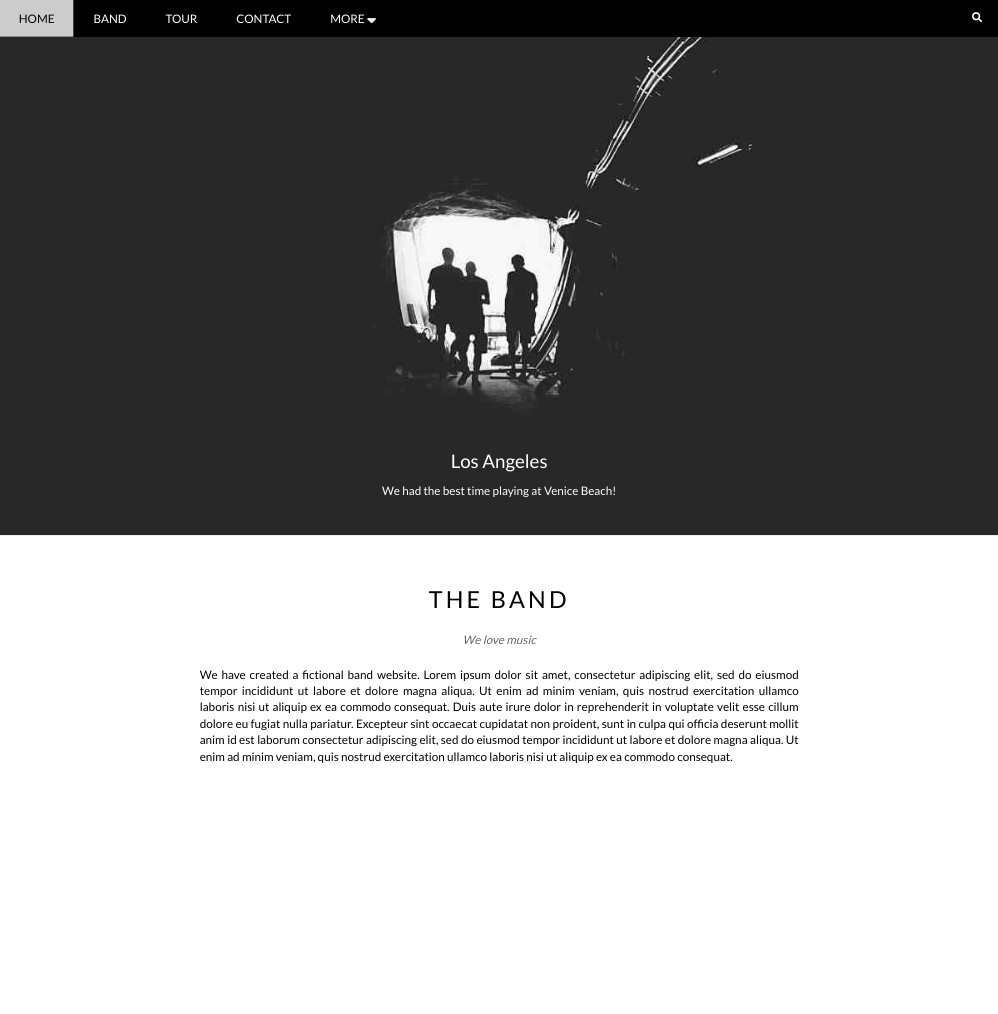
Repository: nguyenthaicong265/w3-band
Page: index.html
The author's editor kept a copy of each file at every save. The page is drawn from the files as they stood at one save, then again after the next save.
The browser window is 1280 px wide. The pictures show the whole page, at 78% of full size.

Above is the page before, as saved 2021-12-28 16:58:03.

After the next save:
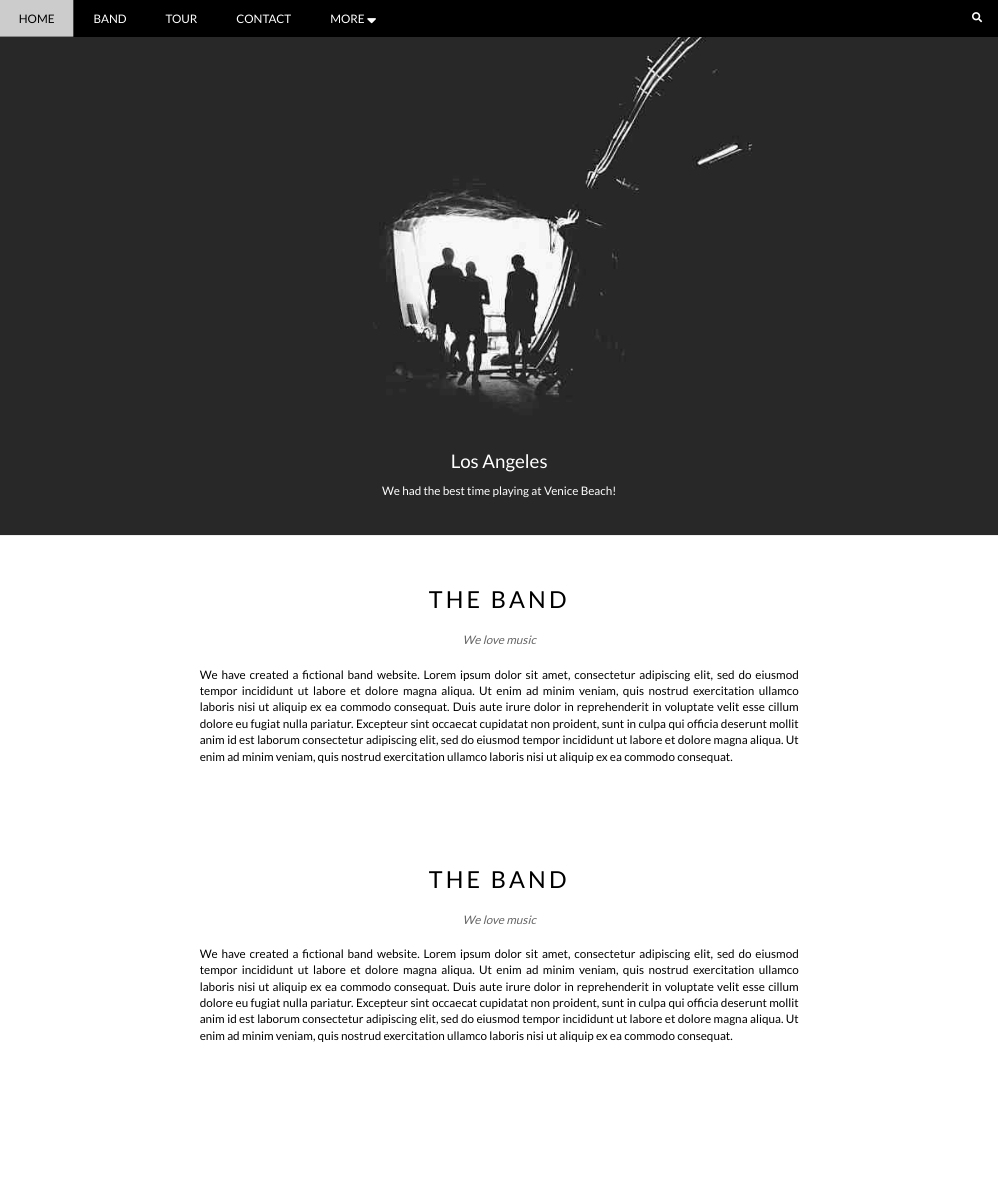
Saved 89 s later.
--- a/index.html
+++ b/index.html
@@ -54,11 +54,17 @@
                 </p>
                 <p class="about-text">We have created a fictional band website. Lorem ipsum dolor sit amet, consectetur adipiscing elit, sed do eiusmod tempor incididunt ut labore et dolore magna aliqua. Ut enim ad minim veniam, quis nostrud exercitation ullamco laboris nisi ut aliquip ex ea commodo consequat. Duis aute irure dolor in reprehenderit in voluptate velit esse cillum dolore eu fugiat nulla pariatur. Excepteur sint occaecat cupidatat non proident, sunt in culpa qui officia deserunt mollit anim id est laborum consectetur adipiscing elit, sed do eiusmod tempor incididunt ut labore et dolore magna aliqua. Ut enim ad minim veniam, quis nostrud exercitation ullamco laboris nisi ut aliquip ex ea commodo consequat.
                 </p>
-
             </div>
 
             <div class="content-section">
-
+                <h2 class="section-heading">
+                    THE BAND
+                    </h2>
+                    <p class="section-sub-heading">
+                    We love music
+                    </p>
+                    <p class="about-text">We have created a fictional band website. Lorem ipsum dolor sit amet, consectetur adipiscing elit, sed do eiusmod tempor incididunt ut labore et dolore magna aliqua. Ut enim ad minim veniam, quis nostrud exercitation ullamco laboris nisi ut aliquip ex ea commodo consequat. Duis aute irure dolor in reprehenderit in voluptate velit esse cillum dolore eu fugiat nulla pariatur. Excepteur sint occaecat cupidatat non proident, sunt in culpa qui officia deserunt mollit anim id est laborum consectetur adipiscing elit, sed do eiusmod tempor incididunt ut labore et dolore magna aliqua. Ut enim ad minim veniam, quis nostrud exercitation ullamco laboris nisi ut aliquip ex ea commodo consequat.
+                    </p>
             </div>
 
             <div class="content-section">
